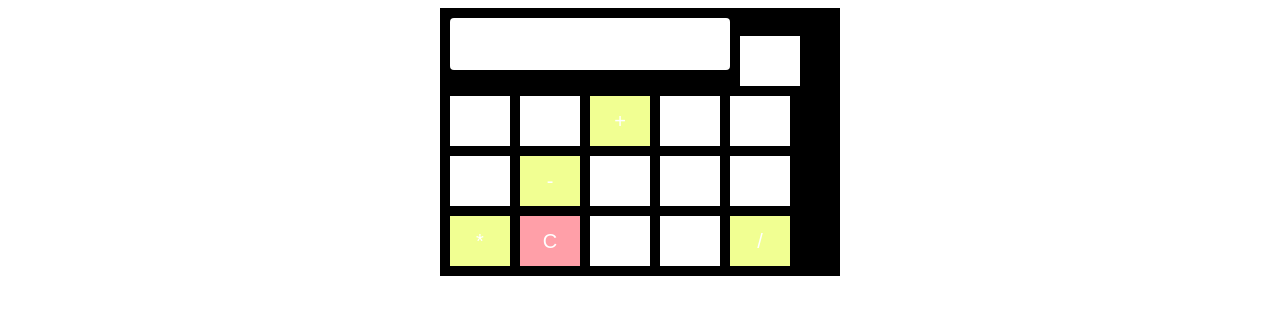
Repository: Drumstrum88/LAB-calculator
Page: index.html
The author's editor kept a copy of each file at every save. The page is drawn from the files as they stood at one save, then again after the next save.
The browser window is 1280 px wide. The pictures show the whole page.
The pointer rests on the first visible `#answer`.

Above is the page before, as saved 2023-04-15 15:29:42.

### index.html
<!DOCTYPE html>
<html lang="en">
<head>
  <meta charset="UTF-8">
  <meta http-equiv="X-UA-Compatible" content="IE=edge">
  <meta name="viewport" content="width=device-width, initial-scale=1.0">
  <title>Calculator</title>
  <link rel="stylesheet" href="main.css">
</head>
<body>
  <div class="center-div">
  <input type="text" name="input" size="16" id="answer"><br>
  <input type="button" name="one" value="1" onclick="calc.input.value += '1'">
            <input type="button" name="two" value="2" onclick="calc.input.value += '2'">
            <input type="button" name="three" value="3" onclick="calc.input.value += '3'">
            <input type="button" class="operator" name="plus" value="+" onclick="calc.input.value += '+'">
            <br>
            <input type="button" name="four" value="4" onclick="calc.input.value += '4'">
            <input type="button" name="five" value="5" onclick="calc.input.value += '5'">
            <input type="button" name="six" value="6" onclick="calc.input.value += '6'">
            <input type="button" class="operator" name="minus" value="-" onclick="calc.input.value += '-'">
             <br>
             <input type="button" name="seven" value="7" onclick="calc.input.value += '7'">
             <input type="button" name="eight" value="8" onclick="calc.input.value += '8'">
             <input type="button" name="nine" value="9" onclick="calc.input.value += '9'">
             <input type="button" class="operator" name="times" value="*" onclick="calc.input.value += '*'">
             <br>
             <input type="button" id="clear" name="clear" value=" C " onclick="calc.input.value=''">
             <input type="button" name="zero" value="0" onclick="clac.input.value +='0'">
             <input type="button" name="doit" value=" = " onclick="calc.input.value=eval(calc.input.value)">
             <input type="button" class="operator" name="div" value="/" onclick="calc.input.value += '/'">
            </div>
  </body>
</html>

### main.css
body {
  display: flex;
  justify-content: center;
  align-items: center;
}
.center-div {
  width: 400px;
  background-color: black;

}

input {
  outline: 0;
  position: relative;
  left: 5px;
  top: 5px;
  border: 0;
  color:white;
  background-color: white;
  width: 60px;
  height: 50px;
  float: left;
  margin: 5px;
  padding: 1px 5px;
  font-size: 20px;
  box-shadow: 0 4px rgba(0,0,0,0.2);
}

.operator{
  background-color: #f1ff92;
  position: relative;
}


#clear{
  float: left;
  position: relative;
  display: block;
  background-color: #ff9fa8;
  margin-bottom: 15px;
}

#answer{
  width: 270px;
  font-size: 26px;
  text-align: center;
  background-color: white;
  padding: 1px 5px;
  float: left;
}
/* answer hover effect */
#answer:hover{
  width: 270px;
  font-size: 26px;
  text-align: center;
  box-shadow: 0 4px rgba(0,0,0,0.2);
  background-color: ebebeb;
}

input:hover{
  border: 0 solid #000;
  color: #495069;
  background-color: #8f5fda;
  border-radius: 4px;
  width: 60px;
  height: 50px;
  float: left;
  margin: 5px;
  font-size: 20px;
  box-shadow: 0 4px #644294;
}
/* hover */
.operator:hover{
  background-color: #e7f56b;
  box-shadow: 0 4px #b7c259;
}
/* hover */
#clear:hover{
  float: left;
  display: block;
  background-color: #f297a0;
  margin-bottom: 15px;
  box-shadow: 0 4px #cc7f86;
}

After the next save:
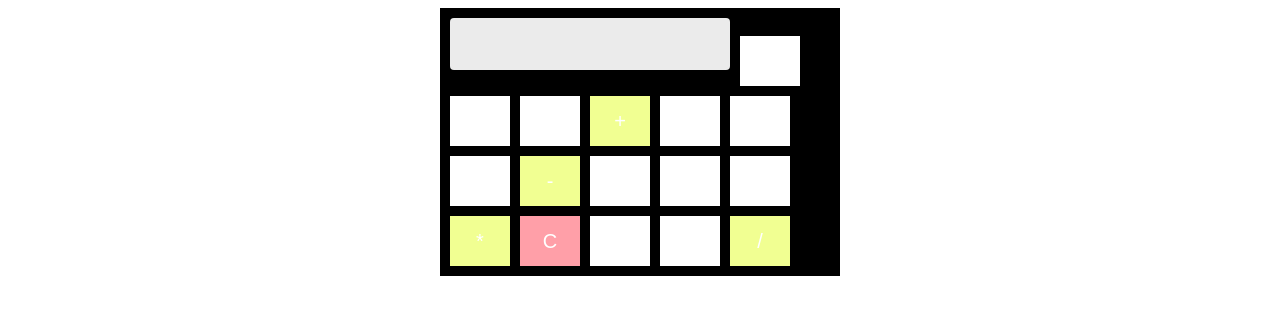
Saved 47 s later.
--- a/main.css
+++ b/main.css
@@ -54,7 +54,7 @@ input {
   font-size: 26px;
   text-align: center;
   box-shadow: 0 4px rgba(0,0,0,0.2);
-  background-color: ebebeb;
+  background-color: #ebebeb;
 }
 
 input:hover{
